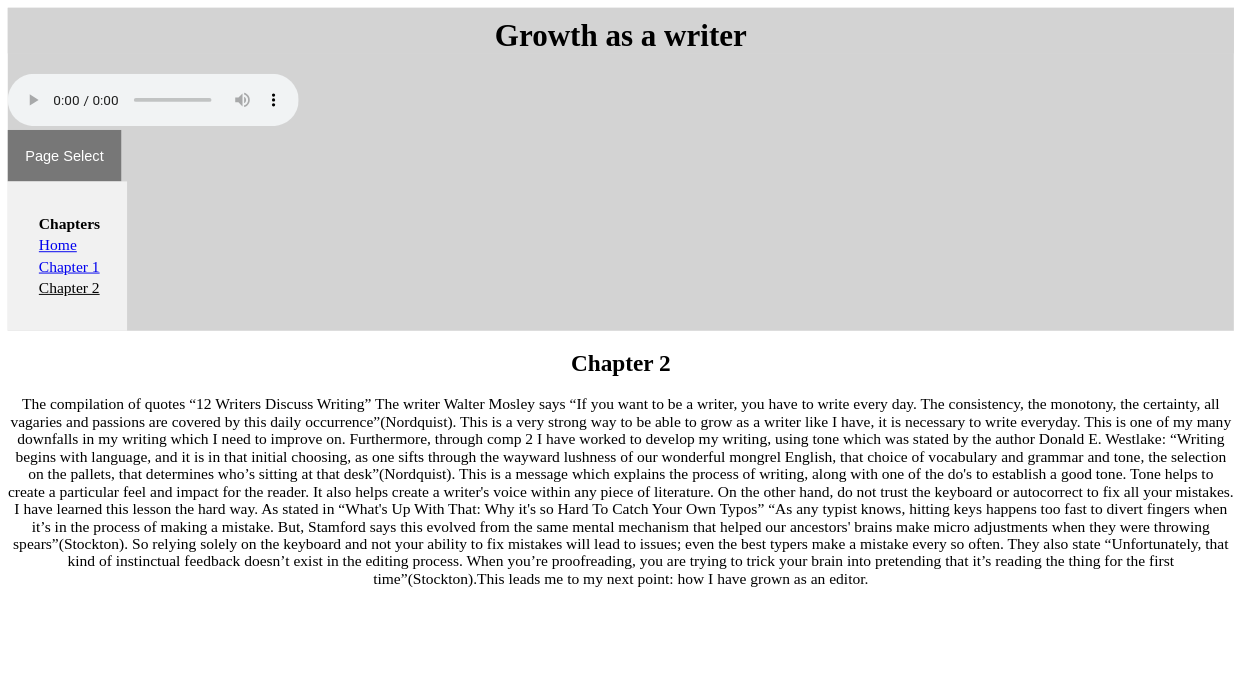
Repository: jpaisiem/WP-4
Page: Chapter2.html
The author's editor kept a copy of each file at every save. The page is drawn from the files as they stood at one save, then again after the next save.
The browser window is 1280 px wide. The pictures show the whole page, at 97% of full size.

Above is the page before, as saved 2025-05-01 11:42:51.
Console error: TypeError: Cannot read properties of undefined (reading 'toggle')

### Chapter2.html
<!DOCTYPE html>
<html>
<head>
<meta name="viewport" content="width=device-width, initial-scale=1">
<style>
.collapsible {
  background-color: #777;
  color: white;
  cursor: pointer;
  padding: 18px;
  width: fit-content;
  border: none;
  text-align: left;
  outline: none;
  font-size: 15px;
}

.active, .collapsible:hover {
  background-color: #555;
}

.content {
  display: flex;
  flex-direction: column;
  overflow: hidden;
  background-color: #f1f1f1;
  width: fit-content;
  height: fit-content;
  padding-left: 2.3%;
  padding-right: 2%;
}
</style>
<title>Growth as a writer - Chapter 2</title>
</head>
<body>
    <div style="background-color: lightgray; display: flex; flex-direction: column; margin-top: 0%;">
        <h1 style="text-align: center; background-color: lightgray; padding-top: 10px; margin-top: 0%;">Growth as a writer</h1>
        <div style="align-items: center;">
        <audio controls>
            <source src="audio.mp3" type="audio/mpeg">
        </audio>
        </div>
<button type="button" class="collapsible">Page Select</button>
<div class="content">
  <p><table>
    <tr>
        <th>Chapters</th>
    </tr>
    <tr>
        <td><a href="index.html">Home</a></td>
    </tr>
    <tr>
        <td><a href="Chapter1.html">Chapter 1</a></td>
    </tr>
     <tr>
        <td><a href="Chapter2.html" style="color: black;">Chapter 2</a></td>
    </tr>
  </table></p>
</div>
    </div>
<div style="text-align: center;">
     <h2 style="text-align: center;">Chapter 2</h2>
     <p> The compilation of quotes “12 Writers Discuss Writing” The writer Walter Mosley says “If you want to be a writer, you have to write every day. The consistency, the monotony, the certainty, all vagaries and passions are covered by this daily occurrence”(Nordquist). This is a very strong way to be able to grow as a writer like I have, it is necessary to write everyday. This is one of my many downfalls in my writing which I need to improve on. Furthermore, through comp 2 I have worked to develop my writing, using tone which was stated by the author Donald E. Westlake:  “Writing begins with language, and it is in that initial choosing, as one sifts through the wayward lushness of our wonderful mongrel English, that choice of vocabulary and grammar and tone, the selection on the pallets, that determines who’s sitting at that desk”(Nordquist). This is a message which explains the process of writing, along with one of the do's to establish a good tone. Tone helps to create a particular feel and impact for the reader. It also helps create a writer's voice within any piece of literature. On the other hand, do not trust the keyboard or autocorrect to fix all your mistakes. I have learned this lesson the hard way.  As stated in “What's Up With That:  Why it's so Hard To Catch Your Own Typos” “As any typist knows, hitting keys happens too fast to divert fingers when it’s in the process of making a mistake. But, Stamford says this evolved from the same mental mechanism that helped our ancestors' brains make micro adjustments when they were throwing spears”(Stockton). So relying solely on the keyboard and not your ability to fix mistakes will lead to issues; even the best typers make a mistake every so often. They also state “Unfortunately, that kind of instinctual feedback doesn’t exist in the editing process. When you’re proofreading, you are trying to trick your brain into pretending that it’s reading the thing for the first time”(Stockton).This leads me to my next point: how I have grown as an editor.
</p>
</div>
<script>
var coll = document.getElementsByClassName("collapsible");
var i;

for (i = 0; i < coll.length; i++) {
  coll[i].addEventListener("click", function() {
    this.classList.toggle("active");
    var content = this.nextElementSibling;
    if (content.style.display === "block") {
      content.style.display = "none";
    } else {
      content.style.display = "block";
    }
  });
}
if(location.reload){
    this.classList.toggle("collapsible");
}
</script>

</body>
</html>

After the next save:
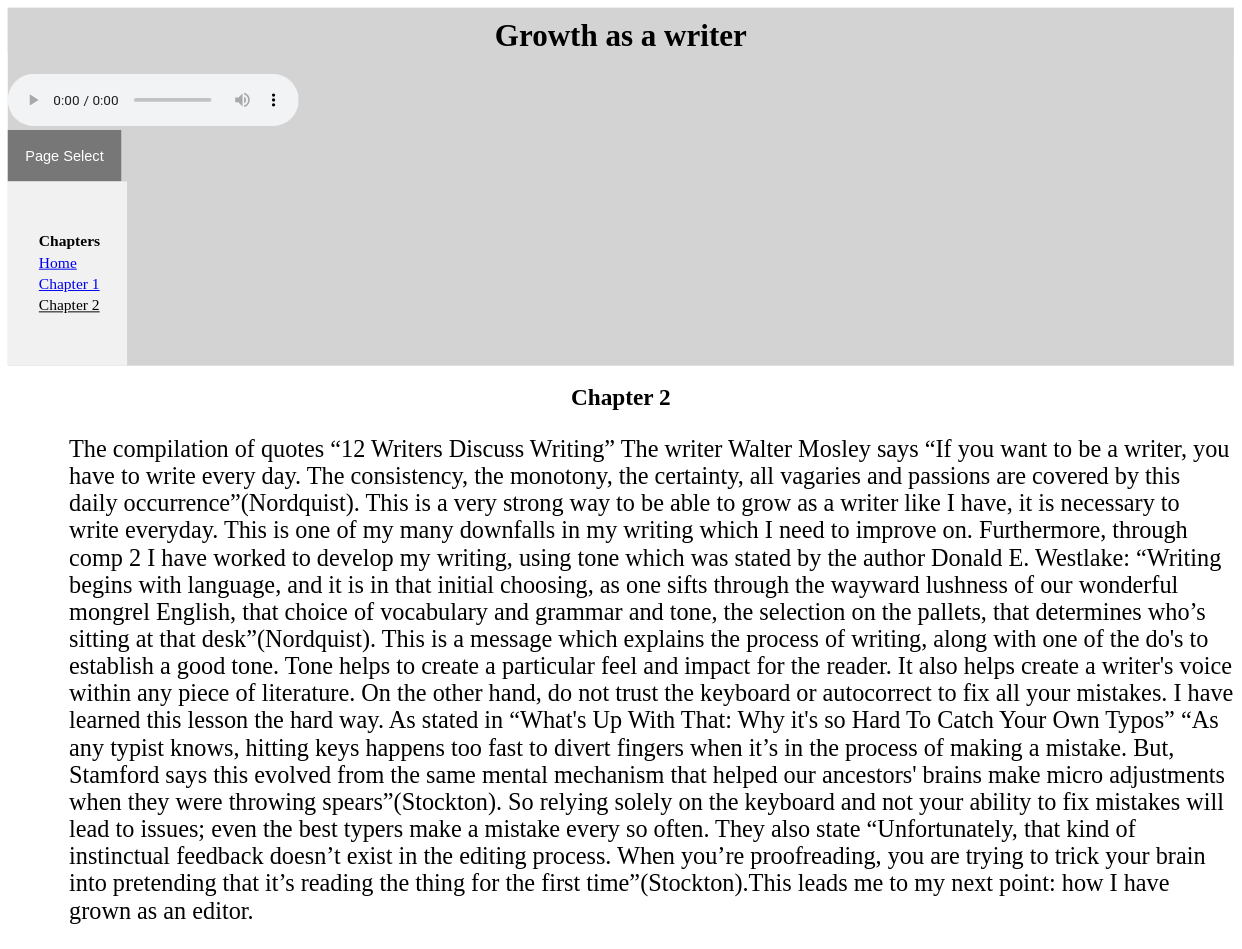
Saved 16 s later.
--- a/Chapter2.html
+++ b/Chapter2.html
@@ -28,6 +28,12 @@
   height: fit-content;
   padding-left: 2.3%;
   padding-right: 2%;
+}
+p
+{
+ font-size: 25px;
+ text-align: left;
+ margin-left: 5%;
 }
 </style>
 <title>Growth as a writer - Chapter 2</title>
